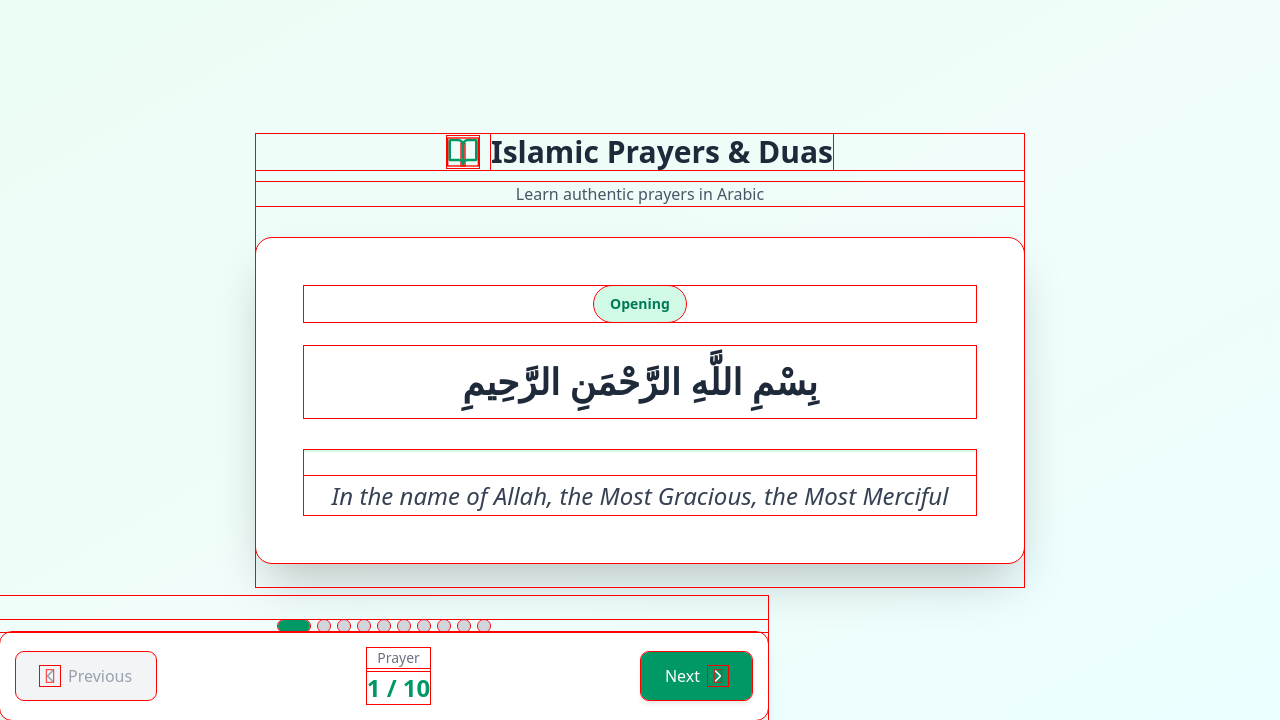
Repository: AbdulquddusMuhammad/prayerApp2.0
Page: /
An editor plug-in stored every save of this project. The page is shown before and after the next save, followed by the edit.
The browser window is 1280 px wide. The pictures show the whole page.
The project was rebuilt for these pictures with package versions that can differ from the ones it lists, and the page was loaded fresh each time. Also part of the build but not shown: vite.config.js.

Above is the page before, as saved 2026-01-18 09:09:07.

After the next save:
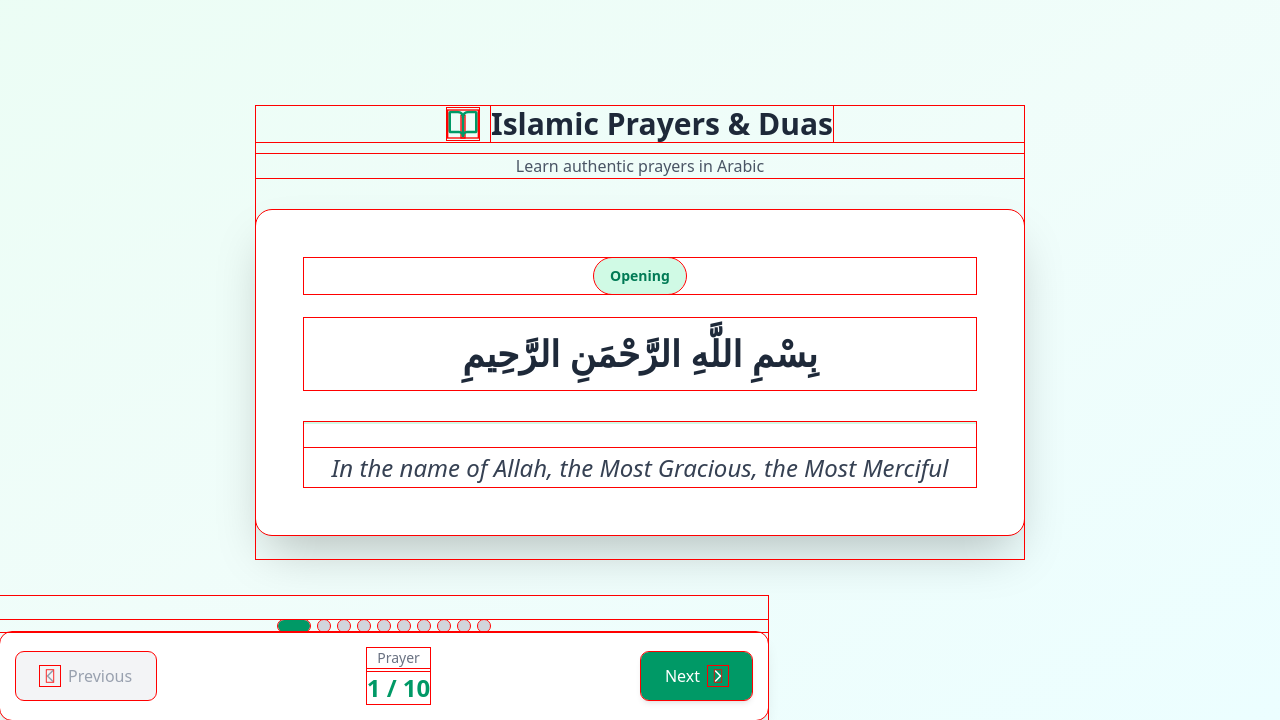
Saved 74 s later.
--- a/src/App.jsx
+++ b/src/App.jsx
@@ -81,7 +81,7 @@ const App = () => {
 
   return (
     <div className="min-h-screen bg-gradient-to-br from-emerald-50 via-teal-50 to-cyan-50 flex items-center justify-center p-4">
-      <div className="max-w-3xl w-full">
+      <div className="max-w-3xl w-full mb-14">
         {/* Header */}
         <div className="text-center mb-8">
           <div className="flex items-center justify-center gap-3 mb-3">
